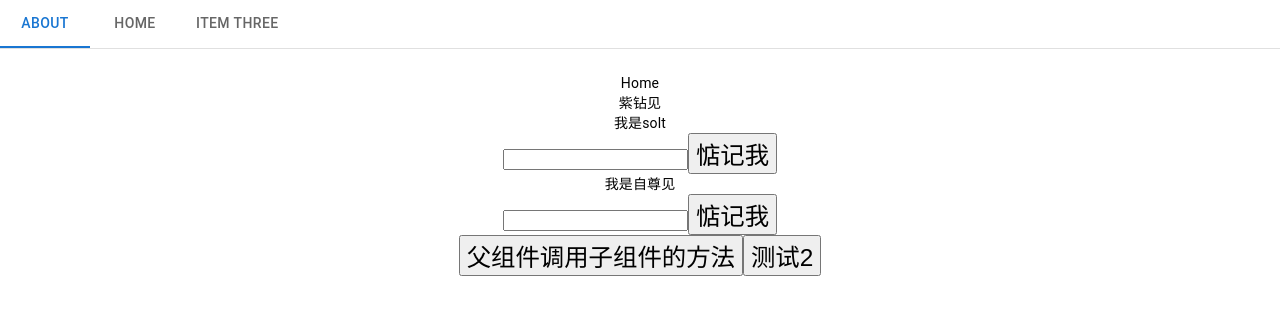
Repository: wupengwupeng/react-ts-vite
Page: /home
An editor plug-in stored every save of this project. The page is shown before and after the next save, followed by the edit.
The browser window is 1280 px wide. The pictures show the whole page.
The project was rebuilt for these pictures with package versions that can differ from the ones it lists, and the page was loaded fresh each time. Also part of the build but not shown: vite.config.ts, src/components/Test.tsx, src/components/TestTwo.tsx, src/components/count.tsx, src/page/about.tsx.

Above is the page before, as saved 2022-10-07 15:17:07.

### src/main.tsx
import React from "react";
import ReactDOM from "react-dom";
import { Provider } from 'react-redux';
import store from "./store/index";
import "./index.css";
import App from "./App";
import { BrowserRouter, Route, Routes } from "react-router-dom";
ReactDOM.render(
  <React.StrictMode>
    <BrowserRouter>
      <Provider store={store}>
        <App />
      </Provider>
    </BrowserRouter>
  </React.StrictMode>,
  document.getElementById("root")
);

### src/store/index.tsx
import { configureStore } from '@reduxjs/toolkit'
import counterReducer from './count'
export default configureStore({
  reducer: {
    counter: counterReducer,
  },
})

### src/App.tsx
import { useState } from "react";
import logo from "./logo.svg";
import "./App.css";
import { Outlet, Link, useRoutes, useParams } from "react-router-dom";
import routes from "./router";
function App() {
  let element = useRoutes(routes);
  return <div className="App">{element}</div>;
}

export default App;

### src/store/count.tsx
import { createSlice } from '@reduxjs/toolkit'

export const counterSlice = createSlice({
  name: 'counter',
  initialState: {
    value: 0,
  },
  reducers: {
    increment: (state) => {
      // Redux Toolkit allows us to write "mutating" logic in reducers. It
      // doesn't actually mutate the state because it uses the Immer library,
      // which detects changes to a "draft state" and produces a brand new
      // immutable state based off those changes
      state.value += 1
    },
    decrement: (state) => {
      state.value -= 1
    },
    incrementByAmount: (state, { payload }) => {
      console.log(payload);
      console.log(payload, "action");
      if (payload.type = 'add') {
        state.value += payload.payload
      }
    },
  },
})

// Action creators are generated for each case reducer function
export const { increment, decrement, incrementByAmount } = counterSlice.actions

export default counterSlice.reducer

### src/router/index.tsx
import { Routes, Route } from "react-router-dom";
import type { RouteObject } from "react-router-dom";
import { LayOut } from "../layout";
import { About } from "../page/about";
import { Home } from "../page/home";
const routes: RouteObject[] = [
  {
    path: "/",
    element: <LayOut />,
    children: [
      {
        index: true,
        element: <About />,
      },
      {
        path: "/home",
        element: <Home />,
      },
    ],
  },
];

export default routes;

### src/layout/index.tsx
import { Outlet, Link } from "react-router-dom";
import BasicTabs from './nav/index'
export function LayOut() {
  return (
    <div>
      <BasicTabs />
    </div>
  );
}

### src/page/home.tsx
import Child from "@/components/child";
import ChildRef from "@/components/childRef";
import { useState, useRef } from "react";
import { TypingCard } from "@/components/TypingCard/index";
export function Home() {
  const [name, setName] = useState("WUPENG");
  const [age, setAge] = useState(12);
  const childRef: any = useRef();
  const cdRef: any = useRef();
  const innerRef: any = useRef();
  const emit = (val: any) => {
    console.log(val);
  };
  const openChildFun = () => {
    console.log(childRef, "childRef");
    childRef.current.test();
    console.log((childRef.current.ref.current.style.width = "10px"));

    console.log(childRef.current.name);
    console.log(cdRef.current, "cdRef");
    cdRef.current.style.color = "red";
  };
  const handerTest = () => {
    console.log(innerRef, "innerRef");
  };
  return (
    <div>
      Home
      <Child
        onRef={childRef}
        slot={<div>我是solt</div>}
        {...{ name, age }}
        emit={emit}
      />
      <ChildRef forwardRef={cdRef} innerRef={innerRef}></ChildRef>
      <button onClick={openChildFun}>父组件调用子组件的方法</button>
      <button onClick={handerTest}>测试2</button>
      <TypingCard></TypingCard>
    </div>
  );
}

### src/layout/nav/index.tsx
import * as React from 'react';
import Tabs from '@mui/material/Tabs';
import Tab from '@mui/material/Tab';
import Typography from '@mui/material/Typography';
import Box from '@mui/material/Box';

import { Outlet, Link, useNavigate } from "react-router-dom";


interface TabPanelProps {
    children?: React.ReactNode;
    index: number;
    value: number;
}

function TabPanel(props: TabPanelProps) {
    const { children, value, index, ...other } = props;
    console.log(props);

    return (
        <div
            role="tabpanel"
            hidden={value !== index}
            id={`simple-tabpanel-${index}`}
            aria-labelledby={`simple-tab-${index}`}
            {...other}
        >
            {value === index && (
                <Box sx={{ p: 3 }}>
                    <Typography component={'span'} variant={'body2'}>{children}</Typography>
                </Box>
            )}
        </div>
    );
}

function a11yProps(index: number) {
    return {
        id: `simple-tab-${index}`,
        'aria-controls': `simple-tabpanel-${index}`,
    };
}

export default function BasicTabs() {
    const [value, setValue] = React.useState(0);
    const nevicate = useNavigate();

    const handleChange = (event: React.SyntheticEvent, newValue: number) => {

        setValue(newValue);
        if (newValue === 1) {
            nevicate('/home')
        } else if (newValue === 2) {
            nevicate('/about')
        } else {
            nevicate('/')
        }
    };

    return (
        <Box sx={{ width: '100%' }}>
            <Box sx={{ borderBottom: 1, borderColor: 'divider' }}>
                <Tabs value={value} onChange={handleChange} aria-label="basic tabs example">
                    <Tab label="About" {...a11yProps(0)} />
                    <Tab label="Home" {...a11yProps(1)} />
                    <Tab label="Item Three" {...a11yProps(2)} />
                </Tabs>
            </Box>
            <TabPanel value={value} index={value}>
                <Outlet />
            </TabPanel>
        </Box>
    );
}

### src/components/child.tsx

import { useState, useRef, useImperativeHandle } from "react";
function child(props: any) {
  console.log(props, "sdfsdf");
  const [sex, setSex] = useState('男');
  const domRef: any = useRef();
  // 通过useImperativeHandle向外暴露一些ref能访问的属性和方法
  useImperativeHandle(props.onRef, () => {
    return {
      fu: fn,
      name: '张安',
      test: testFun,
      ref: domRef,
    }
  })
  const fn = () => {
    props.emit('wupeng');
  }
  const testFun = () => {
    console.log("给我执行方法");
  }
  return (
    <div>
      紫钻见
      {/* 类似vue中的v-slot 渲染slot中的dom节点 */}
      {props.slot}
      <input type="text" ref={domRef} />
      <button onClick={fn}>惦记我</button>
    </div>
  )
}

export default child;

### src/components/childRef.tsx

import { useState, forwardRef } from "react";
function childRef(propsS: any) {
  const [sex, setSex] = useState('男');
  const MyDiv = forwardRef((props, ref: any) => <div {...props} ref={ref}>我是自尊见</div>)
  const fn = () => {
    console.log("sdf");

  }
  const testFun = () => {
    console.log("给我执行方法");
  }
  return (
    <div>
      <MyDiv ref={propsS.forwardRef}></MyDiv>
      <input type="text" ref={propsS.innerRef} />
      <button onClick={fn}>惦记我</button>
    </div>
  )
}

export default childRef;

### src/components/TypingCard/index.tsx
import { useRef, useEffect } from "react";
import Typing from "@/utils/index";
export function TypingCard(props: any) {
  const { title, source } = props;

  const sourceEl: any = useRef();
  const outputEl: any = useRef();

  useEffect(() => {
    const typing = new Typing({
      source: sourceEl.current,
      output: outputEl.current,
      delay: 30,
    });
    typing.start();
  }, []);
  return (
    <div>
      <div
        style={{ display: "none" }}
        ref={sourceEl}
        dangerouslySetInnerHTML={{ __html: source }}
      />
      <div ref={outputEl} />
    </div>
  );
}

### src/utils/index.ts
class Typing {
  opts: any;
  source: any;
  output: any;
  delay: number;
  chain: any;
  constructor(opts: any) {
    this.opts = opts || {};
    this.source = opts.source;
    this.output = opts.output;
    this.delay = opts.delay || 120;
    this.chain = {
      parent: null,
      dom: this.output,
      val: [],
    };
    if (!(typeof this.opts.done === "function"))
      this.opts.done = function () {};
  }

  init() {
    //初始化函数
    this.chain.val = this.convert(this.source, this.chain.val);
  }

  convert(dom: HTMLElement, arr: any) {
    //将dom节点的子节点转换成数组，
    let children = Array.from(dom.childNodes);
    for (let i = 0; i < children.length; i++) {
      let node = children[i];
      if (node.nodeType === 3) {
        arr = arr.concat((node.nodeValue as string).split("")); //将字符串转换成字符串数组，后面打印时才会一个一个的打印
      } else if (node.nodeType === 1) {
        let val: any = [];
        val = this.convert(node as HTMLElement, val);
        arr.push({
          dom: node,
          val: val,
        });
      }
    }
    return arr;
  }

  print(dom: HTMLElement, val: any, callback: any) {
    setTimeout(function () {
      dom.appendChild(document.createTextNode(val));
      callback();
    }, this.delay);
  }

  play(ele: any) {
    //当打印最后一个字符时，动画完毕，执行done
    if (!ele.val.length) {
      if (ele.parent) this.play(ele.parent);
      else this.opts.done();
      return;
    }
    let current = ele.val.shift(); //获取第一个元素，同时删除数组中的第一个元素
    if (typeof current === "string") {
      this.print(ele.dom, current, () => {
        this.play(ele); //继续打印下一个字符
      });
    } else {
      let dom = current.dom.cloneNode(); //克隆节点，不克隆节点的子节点，所以不用加参数true
      ele.dom.appendChild(dom);
      this.play({
        parent: ele,
        dom,
        val: current.val,
      });
    }
  }

  start() {
    this.init();
    this.play(this.chain);
  }
}

export default Typing;

Loaded but not shown: index.html (common file); src/index.css (common file); src/App.css (common file)

After the next save:
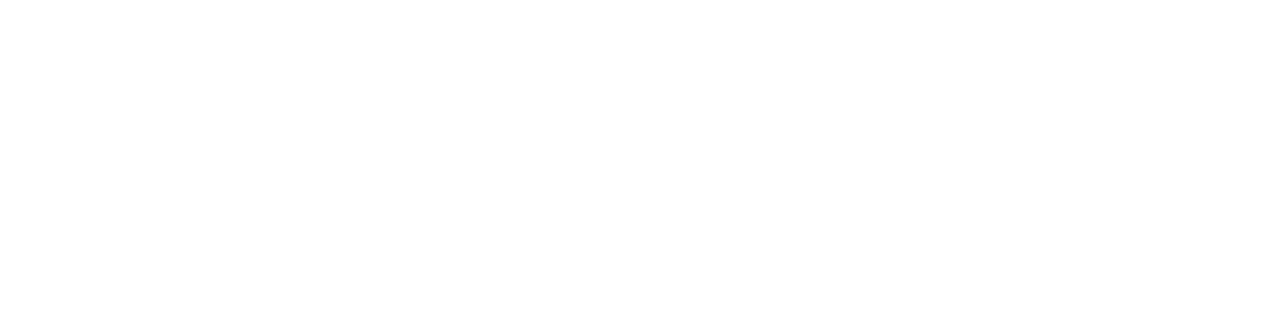
Console error: ReferenceError: source is not defined
Saved 33 s later.
--- a/src/page/home.tsx
+++ b/src/page/home.tsx
@@ -35,7 +35,7 @@ export function Home() {
       <ChildRef forwardRef={cdRef} innerRef={innerRef}></ChildRef>
       <button onClick={openChildFun}>父组件调用子组件的方法</button>
       <button onClick={handerTest}>测试2</button>
-      <TypingCard></TypingCard>
+      <TypingCard source={source}></TypingCard>
     </div>
   );
 }

After the save that followed:
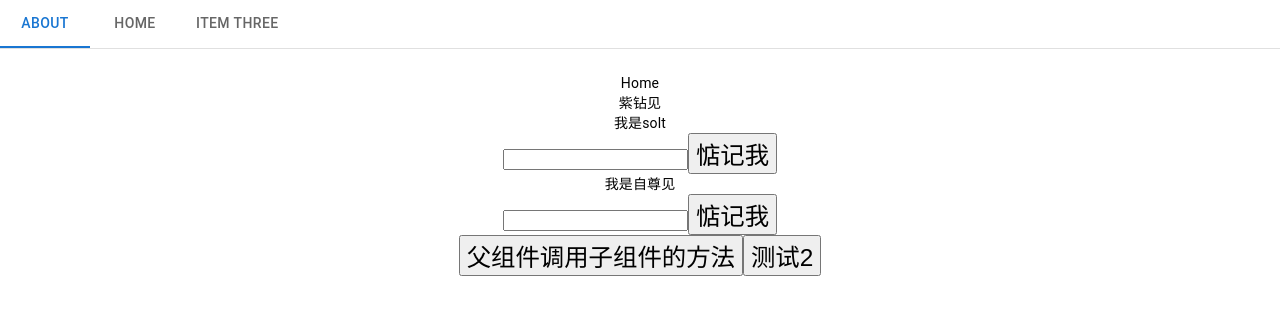
The error is gone.
Saved 13 s later.
--- a/src/page/home.tsx
+++ b/src/page/home.tsx
@@ -8,6 +8,7 @@ export function Home() {
   const childRef: any = useRef();
   const cdRef: any = useRef();
   const innerRef: any = useRef();
+  const source = "";
   const emit = (val: any) => {
     console.log(val);
   };
